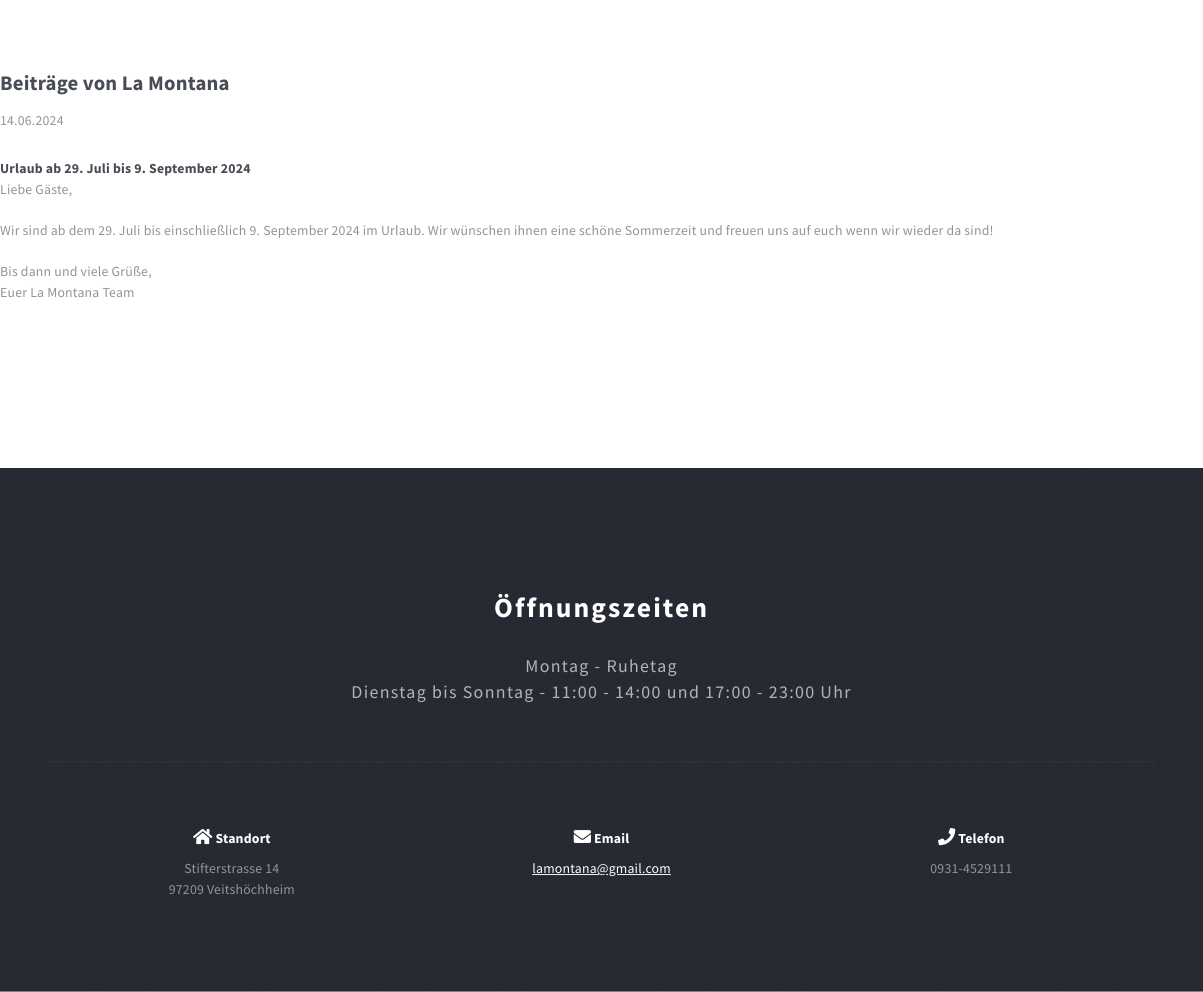
Repository: restaurantlamontana/restaurantlamontana.github.io
Page: blog.html
The author's editor kept a copy of each file at every save. The page is drawn from the files as they stood at one save, then again after a run of saves.
The browser window is 1280 px wide. The pictures show the part of the page from y = 352 to 1407 px (the page is 1407 px tall before and 1378 px after), at 94% of full size.

Above is the page before, as saved 2024-07-14 18:22:23.

### blog.html
<!DOCTYPE HTML>
<!--
	Escape Velocity by HTML5 UP
	html5up.net | @ajlkn
	Free for personal and commercial use under the CCA 3.0 license (html5up.net/license)
-->
<html>
	<head>
		<title>La Montana - Blog</title>
		<meta charset="utf-8" />
		<meta name="viewport" content="width=device-width, initial-scale=1, user-scalable=no" />
		<link rel="stylesheet" href="assets/css/main.css" />
	</head>
	<body class="right-sidebar is-preload">
		<div id="page-wrapper">
			<!-- Header -->
			<section id="header" class="wrapper">
			  <!-- Logo -->
			  <div id="logo">
				<h1><a href="index.html">La Montana</a></h1>
				<p>Restaurant</p>
			  </div>

			  <!-- Nav -->
			  <nav id="nav">
				<ul>
				  <li class="current"><a href="index.html">Home</a></li>
				  <li><a href="assets/Speisekarte_Scan.pdf" target="_blank">Speisekarte</a></li>
				  <li><a href="blog.html">Blog</a></li>
				</ul>
			  </nav>
			</section>
				</section>

			<!-- Main -->
				<section id="main" class="wrapper style2">
					<div>
						<h1>Beiträge von La Montana</h1>
						<div>
						<h>14.06.2024</p>
						<h3>Urlaub ab 29. Juli bis 9. September 2024</h3>
						<p>
							Liebe Gäste,
							<br>
							<br>
							Wir sind ab dem 29. Juli bis einschließlich 9. September 2024 im Urlaub.
							Wir wünschen ihnen eine schöne Sommerzeit und freuen uns auf euch wenn wir wieder da sind!
							<br>
							<br>
							Bis dann und viele Grüße, <br>
							Euer La Montana Team
						</p>
					</div>
						<br><br>
					</div>
				</section>

		<!-- Footer -->
		<section id="footer" class="wrapper">
			<div class="container">
				<header class="style1">
					<h2>Öffnungszeiten</h2>
					<p>
						Montag - Ruhetag <br />
						Dienstag bis Sonntag - 11:00 - 14:00 und 17:00 - 23:00 Uhr
					</p>
				</header>
				<div class="flex-container">
					<div class="flex-item">
						<h3 class="icon solid fa-home">   Standort</h3>
						<p>
							Stifterstrasse 14<br />
							97209 Veitshöchheim<br />
						</p>
					</div>
					<div class="flex-item">
						<h3 class="icon solid fa-envelope">   Email</h3>
						<p>
							<a href="#">lamontana@gmail.com</a>
						</p>
					</div>
					<div class="flex-item">
						<h3 class="icon solid fa-phone">   Telefon</h3>
						<p>0931-4529111</p>
					</div>
				</div>
			</div>
		</section>
	</body>
	</html>

Loaded but not shown: assets/css/fontawesome-all.min.css (library); assets/css/main.css (3133 lines, source omitted)

After the next 2 saves:
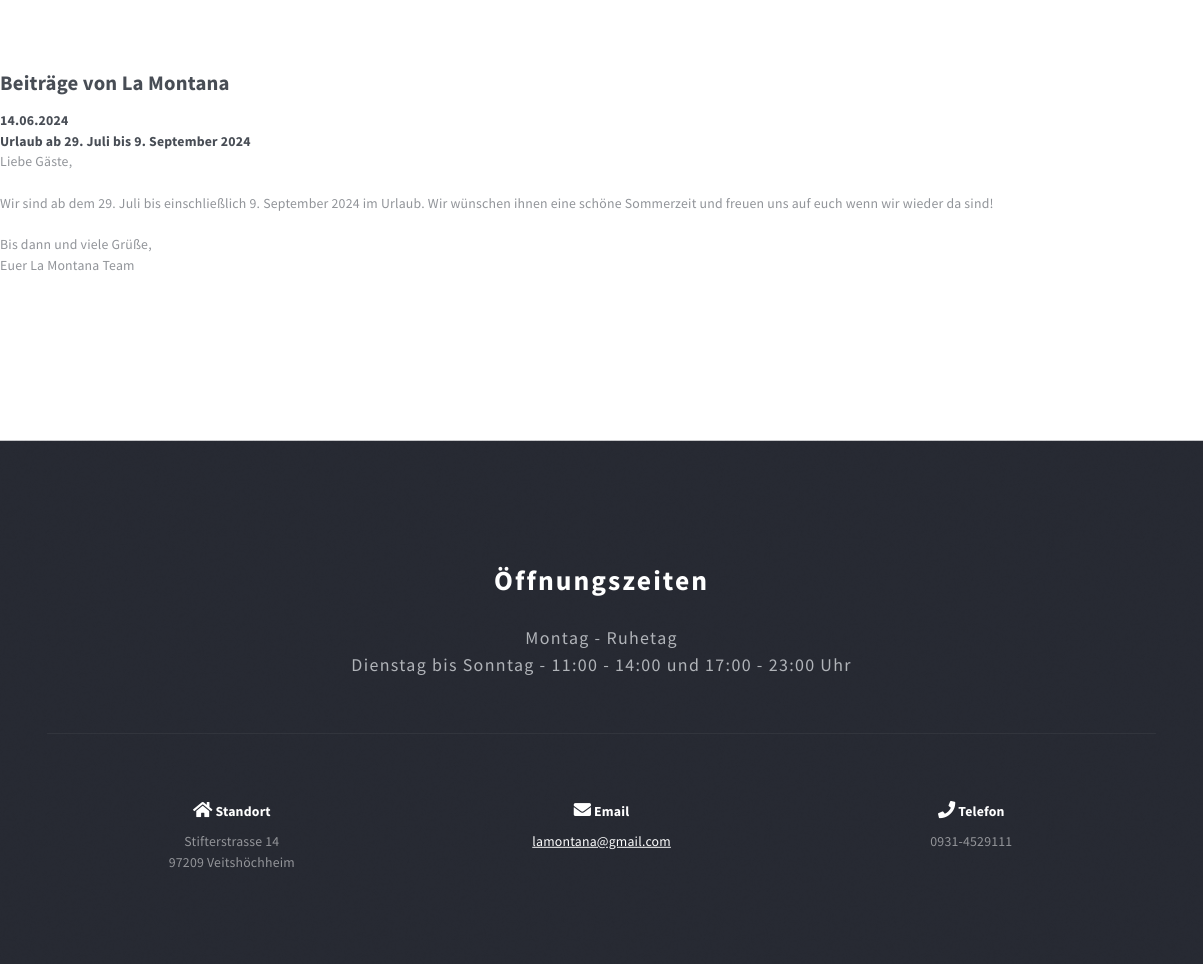
The 2 saves are shown as one change because they came seconds apart.
The last was saved 8 s later.
--- a/blog.html
+++ b/blog.html
@@ -37,7 +37,7 @@
 					<div>
 						<h1>Beiträge von La Montana</h1>
 						<div>
-						<h>14.06.2024</p>
+						<h4>14.06.2024</h4>
 						<h3>Urlaub ab 29. Juli bis 9. September 2024</h3>
 						<p>
 							Liebe Gäste,

After the 2 saves that followed:
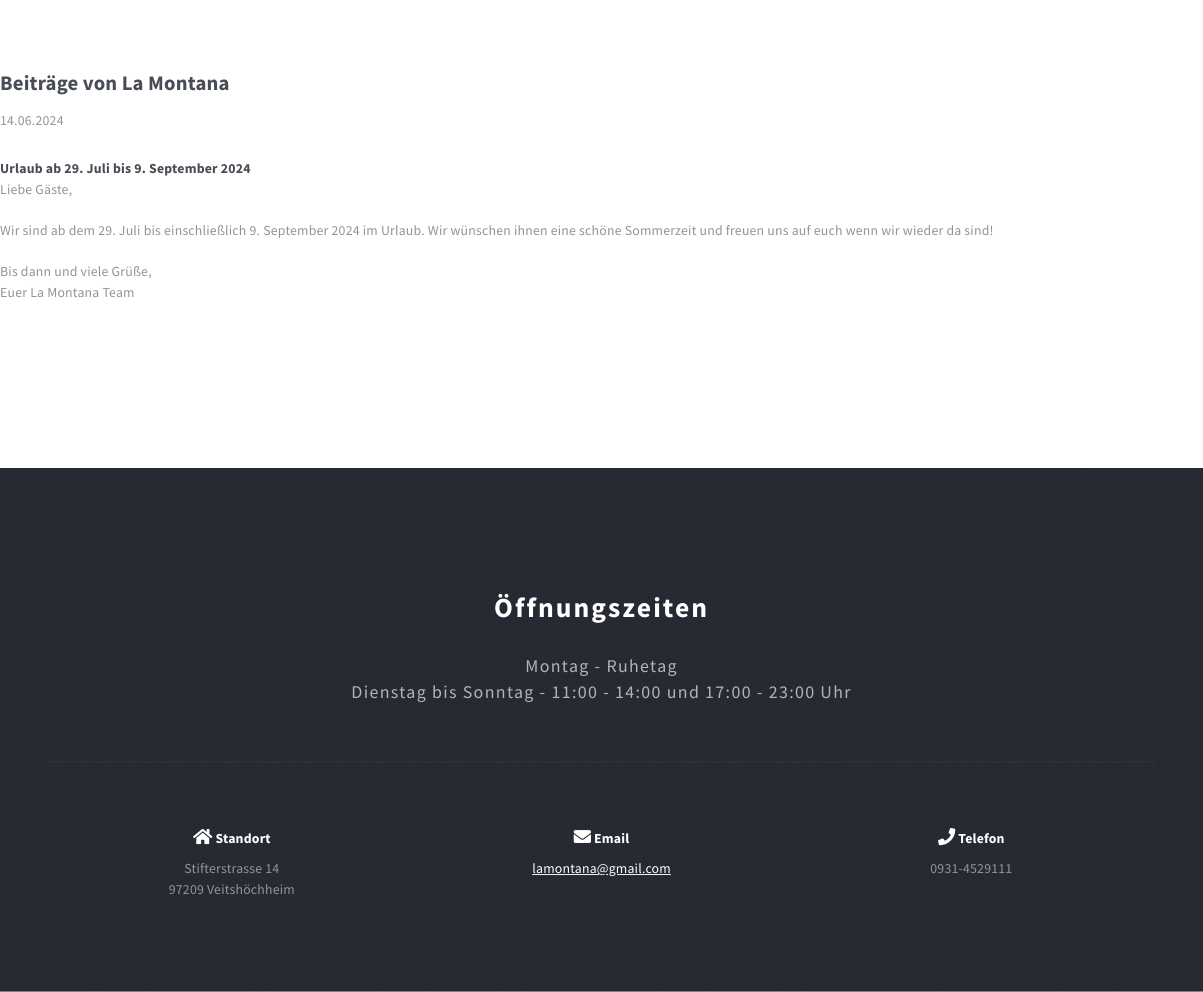
The 2 saves are shown as one change because they came seconds apart.
The last was saved 5 s later.
--- a/blog.html
+++ b/blog.html
@@ -37,7 +37,7 @@
 					<div>
 						<h1>Beiträge von La Montana</h1>
 						<div>
-						<h4>14.06.2024</h4>
+						<p>14.06.2024</p>
 						<h3>Urlaub ab 29. Juli bis 9. September 2024</h3>
 						<p>
 							Liebe Gäste,
